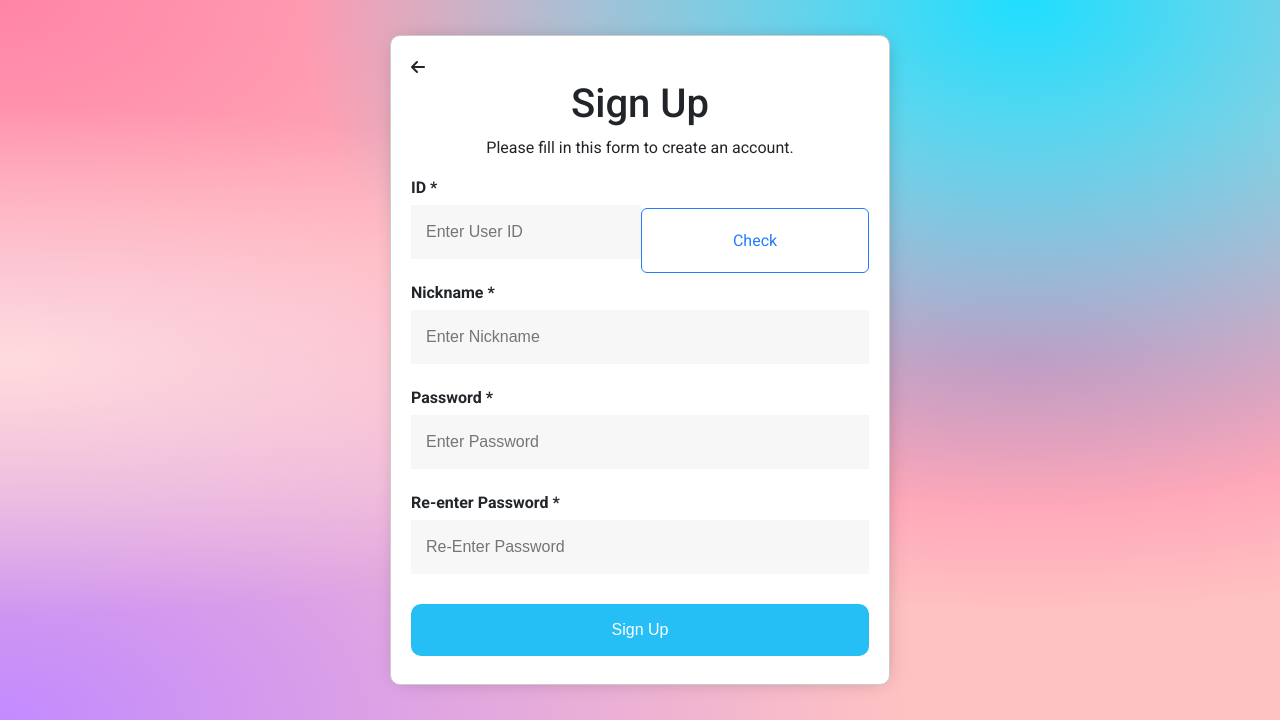
Repository: Jae-yi/JSPMybatis
Page: http://localhost/JspMybatisSub/WEB-INF/views/page/register.jsp
The author's editor kept a copy of each file at every save. The page is drawn from the files as they stood at one save, then again after the next save.
The browser window is 1280 px wide. The pictures show the whole page.
Some web fonts or font styles are not loaded; a fallback is used. Some web libraries are served in a nearby version. The page is served by Tomcat 9. Nobody is signed in. The template is opened directly, without the code that normally fills it, so the values that code supplies are empty.

Above is the page before, as saved 2023-01-31 08:21:43.

After the next save:
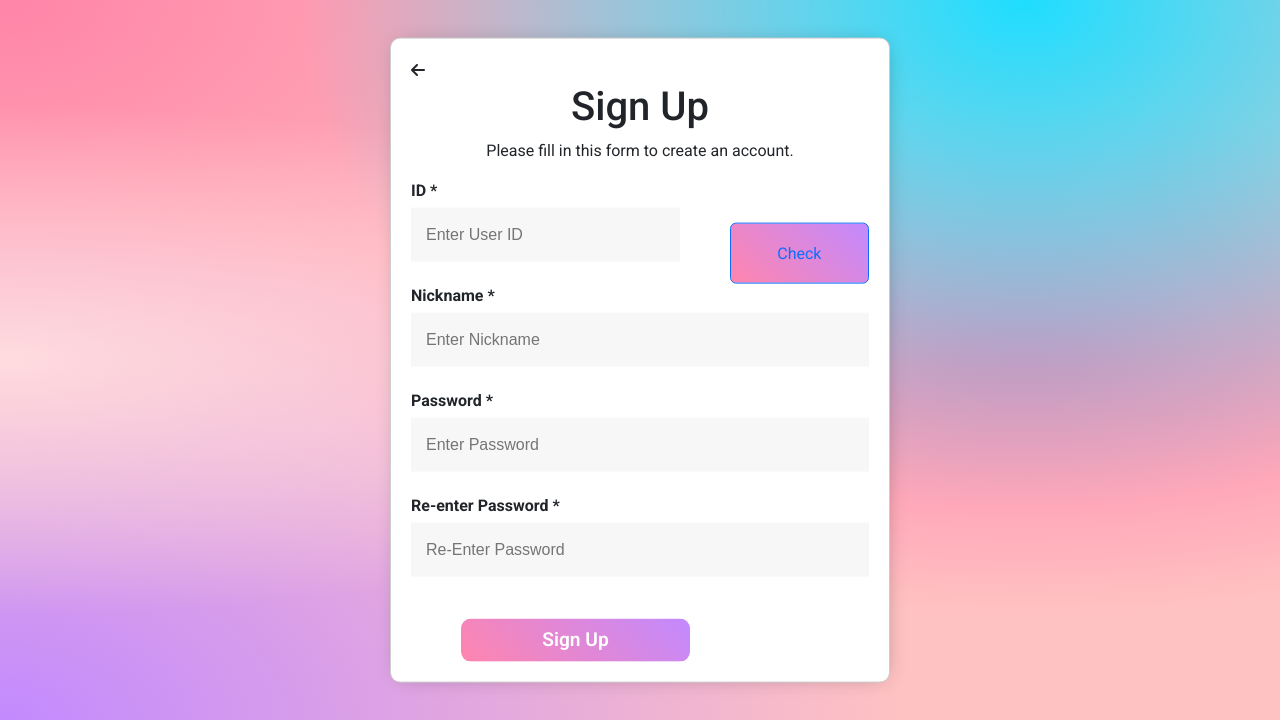
Saved 113 s later.
--- a/JspMybatisSub/src/main/webapp/resources/css/register.css
+++ b/JspMybatisSub/src/main/webapp/resources/css/register.css
@@ -76,17 +76,16 @@ input[type=text]:focus, input[type=password]:focus, input[type=phone]:focus, sel
 
 /* Set a style for all buttons */
 button {
-  background-color: #0eb7f4;
+  margin-left:50px;
+  margin-top:20px;
+  border: none;
+  padding: 7px 20px;
+  width: 50%;
+  border-radius: 10px;
+  font-size: 1.2rem;
+  background-image: linear-gradient(43deg, hsla(340,100%,76%,1) 0%, hsla(269,100%,77%,1) 100%);
   color: white;
-  padding: 14px 20px;
-  margin: 8px 0;
-  border: none;
-  cursor: pointer;
-  width: 100%;
-  opacity: 0.9;
-	font-size:16px;
-	font-family: Montserrat,Arial, Helvetica, sans-serif;
-	border-radius:10px;
+  font-weight: 600;
 }
 
 button:hover {
